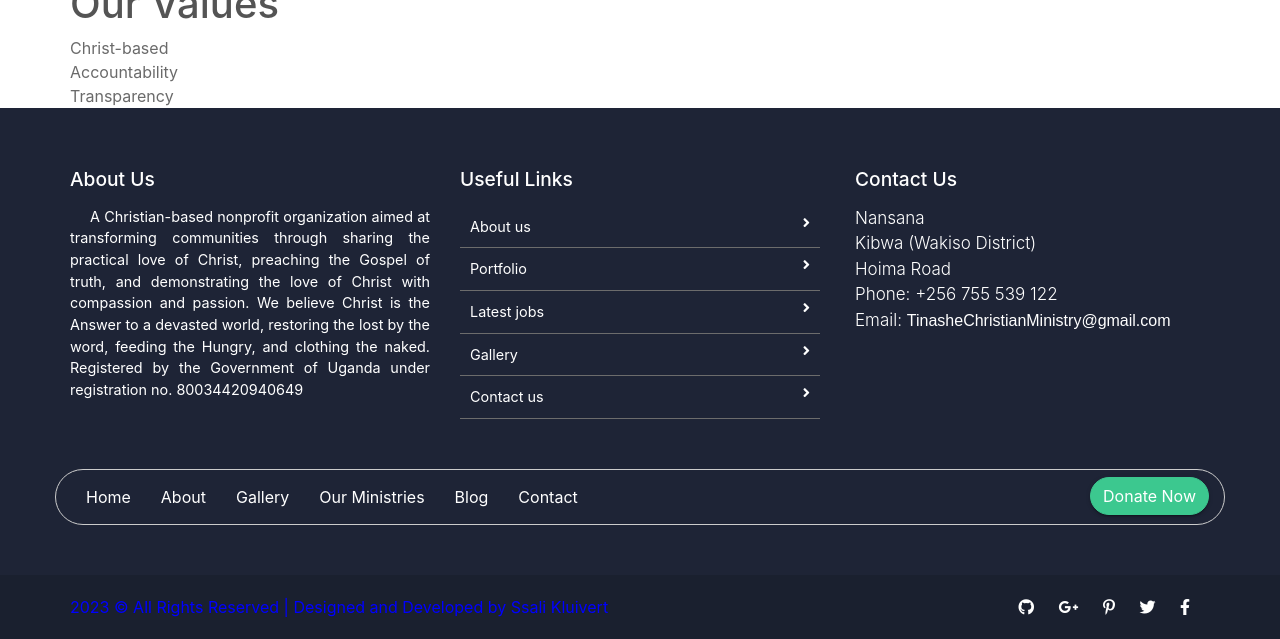
Repository: kluivert-ssali/Zziwa
Page: about_us.html
These files come from the project's save history. The page is drawn as it stood at one moment and after the next save; the edit follows.
The browser window is 1280 px wide. The pictures show the part of the page from y = 1556 to 2235 px (the page is 2195 px tall before and 2235 px after).
A picture or video elsewhere on the page could not be fetched, so the positions and the page height are approximate.

Above is the page before, as saved 2023-11-24 23:20:26.

### about_us.html
<!DOCTYPE html>
<html lang="en">
  <head>
    <meta charset="utf-8" />
    <link
      rel="shortcut icon"
      type="x-icon"
      sizes="64x64"
      href="./Logo/ziwaWEB2.0.svg"
    />
    <meta
      name="viewport"
      content="width=device-width, initial-scale=1, shrink-to-fit=no"
    />
    <title>TinasheChristianMinistry</title>
    <link
      rel="shortcut icon"
      href="assets/images/fav.png"
      type="image/x-icon"
    />
    <link
      href="https://fonts.googleapis.com/css2?family=Ubuntu:wght@400;500&display=swap"
      rel="stylesheet"
    />
    <link rel="shortcut icon" href="assets/images/fav.jpg" />
    <link rel="stylesheet" href="assets/css/bootstrap.min.css" />
    <link rel="stylesheet" href="assets/css/all.min.css" />
    <link rel="stylesheet" href="assets/css/animate.css" />
    <link
      rel="stylesheet"
      href="assets/plugins/slider/css/owl.carousel.min.css"
    />
    <link
      rel="stylesheet"
      href="assets/plugins/slider/css/owl.theme.default.css"
    />
    <link rel="stylesheet" type="text/css" href="assets/css/style.css" />
  </head>

  <body>
    <header class="continer-fluid">
      <div class="header-top">
        <div class="container">
          <div class="row col-det">
            <div class="col-lg-6 d-none d-lg-block">
              <ul class="ulleft">
                <li>
                  <i class="far fa-envelope"></i>
                  TinasheChristianMinistry@gmail.com
                  <span>|</span>
                </li>
                <li>
                  <i class="fas fa-phone-volume"></i>
                  +256 755 539 122
                </li>
              </ul>
            </div>
            <div class="col-lg-3 col-md-6 folouws">
              <ul class="ulright">
                <li><small>Folow Us </small>:</li>
                <li>
                  <i class="fab fa-facebook-square"></i>
                </li>
                <li>
                  <i class="fab fa-twitter-square"></i>
                </li>
                <li>
                  <i class="fab fa-instagram"></i>
                </li>
                <li>
                  <i class="fab fa-linkedin"></i>
                </li>
              </ul>
            </div>
            <div class="col-lg-3 d-none d-md-block col-md-6 btn-bhed">
              <button class="btn btn-sm btn-success">
                <a
                  href="https://flutterwave.com/donate/cqvprj4q11oa"
                  target="_blank"
                  >Donate</a
                >
              </button>
            </div>
          </div>
        </div>
      </div>
      <div id="menu-jk" class="header-bottom">
        <div class="container">
          <div class="row nav-row">
            <div class="col-lg-3 col-md-12 logo">
              <a href="index.html">
                <img src="assets/images/TCM.png" alt="" />
                <a data-toggle="collapse" data-target="#menu" href="#menu"
                  ><i class="fas d-block d-lg-none small-menu fa-bars"></i
                ></a>
              </a>
            </div>
            <div id="menu" class="col-lg-9 col-md-12 d-none d-lg-block nav-col">
              <ul class="navbad">
                <li class="nav-item active">
                  <a class="nav-link" href="index.html">Home </a>
                </li>
                <li class="nav-item">
                  <a class="nav-link" href="about_us.html">About Us</a>
                </li>
                <li class="nav-item">
                  <a class="nav-link" href="services.html">Our Ministries</a>
                </li>

                <li class="nav-item">
                  <a class="nav-link" href="gallery.html">Gallery</a>
                </li>

                <li class="nav-item">
                  <a class="nav-link" href="blog.html">Blog</a>
                </li>
                <li class="nav-item">
                  <a class="nav-link" href="contact_us.html">Contact US</a>
                </li>
              </ul>
            </div>
          </div>
        </div>
      </div>
    </header>

    <!--  ************************* Page Title Starts Here ************************** -->

    <!--  ************************* About Us Starts Here ************************** -->

    <div class="about-us container-fluid">
      <div class="container">
        <div class="row natur-row no-margin w-100">
          <div class="text-part col-md-6">
            <h2>About Our Charity</h2>
            <p>
              A Christian-based nonprofit organization aimed at transforming
              communities through sharing the practical love of Christ,
              preaching the Gospel of truth, and demonstrating the love of
              Christ with compassion and passion. We believe Christ is the
              Answer to a devasted world, restoring the lost by the word,
              feeding the Hungry, and clothing the naked. Registered by the
              Government of Uganda under registration no. 80034420940649
            </p>
          </div>
          <div class="image-part col-md-6">
            <div class="about-quick-box row">
              <div class="col-md-6">
                <div class="about-qcard">
                  <i class="fas fa-user"></i>
                  <p>Becom a Volunteer</p>
                </div>
              </div>
              <div class="col-md-6">
                <div class="about-qcard">
                  <i class="fas fa-search-dollar red"></i>
                  <p>Quick Fundrais</p>
                </div>
              </div>
              <div class="col-md-6">
                <div class="about-qcard">
                  <i class="fas fa-donate yell"></i>
                  <p>Giv Donation</p>
                </div>
              </div>
              <div class="col-md-6">
                <div class="about-qcard">
                  <i class="fas fa-hands-helping blu"></i>
                  <p>Help Someone</p>
                </div>
              </div>
            </div>
          </div>
        </div>
      </div>
    </div>

    <!-- ################# Mission Vision Start Here #######################--->

    <section class="container-fluid mission-vision">
      <div class="container">
        <div class="row mission">
          <div class="col-md-6 mv-det">
            <h1>Our Mission</h1>
            <p>
              Sharing the transforming Love of Christ through meeting the needs
              of the Society Holistically, bearing the fruits of Love that
              Remain by going into the world and drawing the world to Christ
              through LOVE AND COMPASSION.
            </p>
          </div>
          <div class="col-md-6 mv-img">
            <img src="assets/images/misin.jpg" alt="" />
          </div>
        </div>
        <div class="row vision">
          <div class="col-md-6 mv-img">
            <img src="assets/images/vision.jpg" alt="" />
          </div>
          <div class="col-md-6 mv-det">
            <h1>Our Vision</h1>
            <p>
              Fulfilling the Great Commission with compassion and passion
              through meeting the physical , spiritual and psychological needs
              of the vulnerable! Matthew 9:36- (When he saw the crowds, he had
              compassion on them…) Serve with compassion -Matthew 9:36
            </p>
          </div>
        </div>
        <div>
          <h1>Our Values</h1>
          <ul>
            Christ-based
          </ul>
          <ul>
            Accountability
          </ul>
          <ul>
            Transparency
          </ul>
        </div>
      </div>
    </section>

    <!--  ************************* Footer Starts Here ************************** -->

    <footer class="footer">
      <div class="container">
        <div class="row">
          <div class="col-md-4 col-sm-12">
            <h2>About Us</h2>
            <p>
              A Christian-based nonprofit organization aimed at transforming
              communities through sharing the practical love of Christ,
              preaching the Gospel of truth, and demonstrating the love of
              Christ with compassion and passion. We believe Christ is the
              Answer to a devasted world, restoring the lost by the word,
              feeding the Hungry, and clothing the naked. Registered by the
              Government of Uganda under registration no. 80034420940649
            </p>
          </div>
          <div class="col-md-4 col-sm-12">
            <h2>Useful Links</h2>
            <ul class="list-unstyled link-list">
              <li>
                <a ui-sref="about" href="#/about">About us</a
                ><i class="fa fa-angle-right"></i>
              </li>
              <li>
                <a ui-sref="portfolio" href="#/portfolio">Portfolio</a
                ><i class="fa fa-angle-right"></i>
              </li>
              <li>
                <a ui-sref="products" href="#/products">Latest jobs</a
                ><i class="fa fa-angle-right"></i>
              </li>
              <li>
                <a ui-sref="gallery" href="#/gallery">Gallery</a
                ><i class="fa fa-angle-right"></i>
              </li>
              <li>
                <a ui-sref="contact" href="#/contact">Contact us</a
                ><i class="fa fa-angle-right"></i>
              </li>
            </ul>
          </div>
          <div class="col-md-4 col-sm-12 map-img">
            <h2>Contact Us</h2>
            <address class="md-margin-bottom-40">
              Nansana <br />
              Kibwa (Wakiso District) <br />
              Hoima Road <br />
              Phone: +256 755 539 122 <br />
              Email:
              <a href="TinasheChristianMinistry@gmail.com " class=""
                >TinasheChristianMinistry@gmail.com </a
              ><br />
            </address>
          </div>
        </div>

        <div class="nav-box row clearfix">
          <div class="inner col-md-9 clearfix">
            <ul class="footer-nav clearfix">
              <li><a href="#">Home</a></li>
              <li><a href="#">About</a></li>
              <li><a href="#">Gallery</a></li>
              <li><a href="#">Our Ministries</a></li>
              <li><a href="#">Blog</a></li>
              <li><a href="#">Contact</a></li>
            </ul>
          </div>
          <div class="donate-link col-md-3">
            <a
              href="https://flutterwave.com/donate/cqvprj4q11oa"
              target="_blank"
              class="btn btn-primary"
              ><span class="btn-title">Donate Now</span></a
            >
          </div>
        </div>
      </div>
    </footer>
    <div class="copy">
      <div class="container">
        <a
          href="https://kluivertssali.netlify.app"
          target="_blank"
          style="color: blue"
          >2023 &copy; All Rights Reserved | Designed and Developed by Ssali
          Kluivert</a
        >

        <span>
          <a><i class="fab fa-github"></i></a>
          <a><i class="fab fa-google-plus-g"></i></a>
          <a><i class="fab fa-pinterest-p"></i></a>
          <a><i class="fab fa-twitter"></i></a>
          <a><i class="fab fa-facebook-f"></i></a>
        </span>
      </div>
    </div>
  </body>

  <script src="assets/js/jquery-3.2.1.min.js"></script>
  <script src="assets/js/popper.min.js"></script>
  <script src="assets/js/bootstrap.min.js"></script>
  <script src="assets/plugins/scroll-fixed/jquery-scrolltofixed-min.js"></script>
  <script src="assets/plugins/slider/js/owl.carousel.min.js"></script>
  <script src="assets/js/script.js"></script>
</html>

Loaded but not shown: assets/css/bootstrap.min.css (library); assets/css/all.min.css (library); assets/css/animate.css (library); assets/plugins/slider/css/owl.carousel.min.css (library); assets/plugins/slider/css/owl.theme.default.css (common file); assets/js/jquery-3.2.1.min.js (library); assets/js/popper.min.js (library); assets/js/bootstrap.min.js (library); assets/plugins/scroll-fixed/jquery-scrolltofixed-min.js (library); assets/plugins/slider/js/owl.carousel.min.js (library); assets/js/script.js (69 lines, source omitted); assets/css/style.css (795 lines, source omitted)

After the next save:
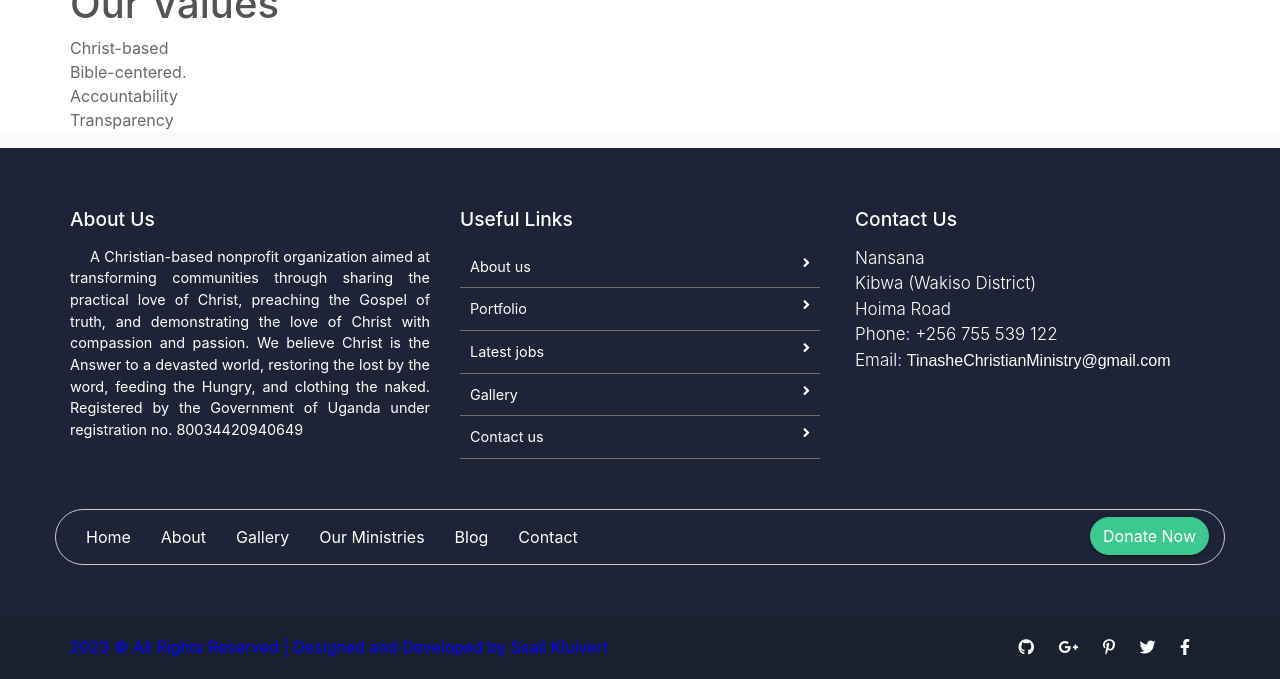
Saved 2 min 23 s later.
--- a/about_us.html
+++ b/about_us.html
@@ -209,15 +209,12 @@
         </div>
         <div>
           <h1>Our Values</h1>
-          <ul>
-            Christ-based
-          </ul>
-          <ul>
-            Accountability
-          </ul>
-          <ul>
-            Transparency
-          </ul>
+          <ol>
+            <li>Christ-based</li>
+            <li>Bible-centered.</li>
+            <li>Accountability</li>
+            <li>Transparency</li>
+          </ol>
         </div>
       </div>
     </section>
